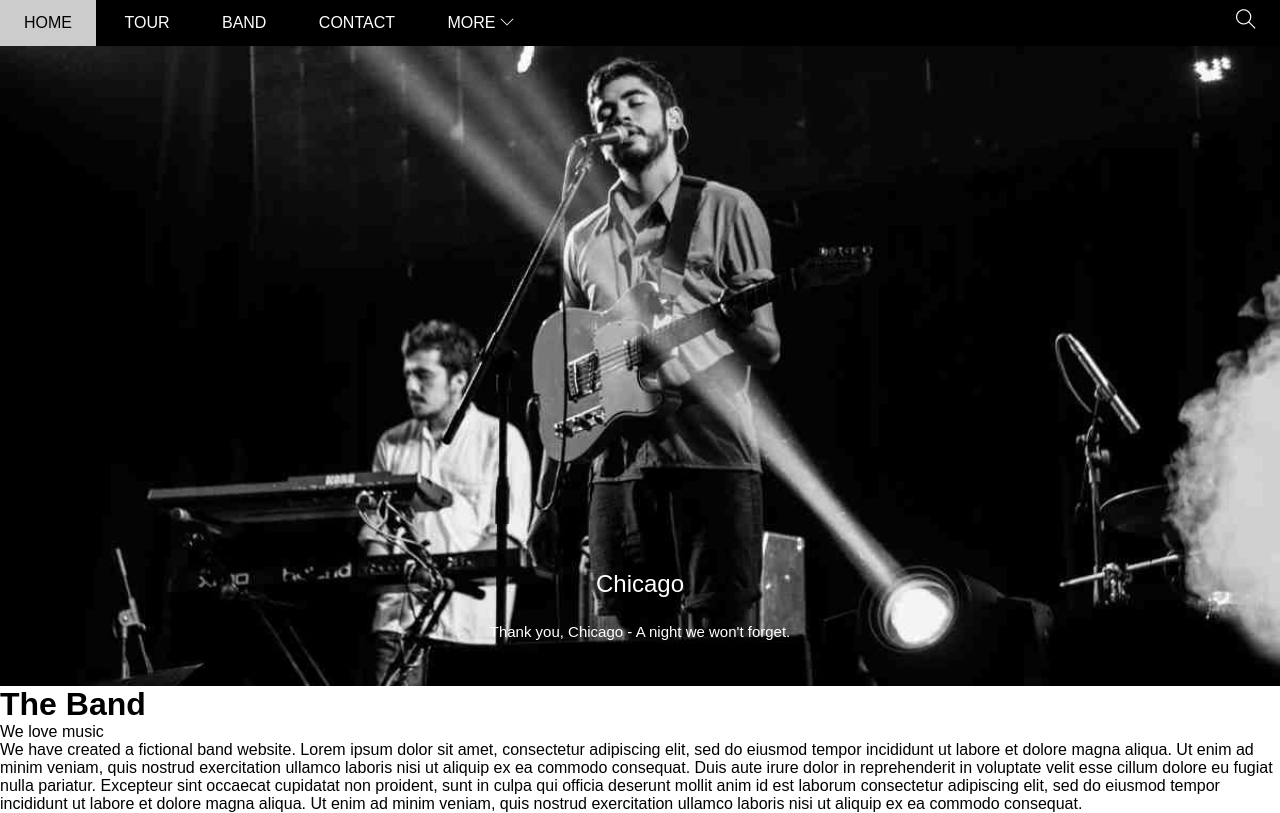
Repository: ducvui2003/LTCB
Page: index.html
An editor plug-in stored every save of this project. The page is shown before and after the next save, followed by the edit.
The browser window is 1280 px wide. The pictures show the whole page.

Above is the page before, as saved 2022-01-07 19:20:17.

### index.html
<!DOCTYPE html>
<html lang="en">

<head>
    <meta charset="UTF-8">
    <meta http-equiv="X-UA-Compatible" content="IE=edge">
    <meta name="viewport" content="width=device-width, initial-scale=1.0">
    <title>The Band W3_School</title>
    <link rel="stylesheet" href="./assest/Css/styles.css">
    <link rel="stylesheet" href="./assest/Fonts/themify-icons-font (1)/themify-icons/themify-icons.css">
</head>

<body>
    <div id="main">
        <!-- Begin: Header -->
        <div id="header">
            <!-- Begin: Nav -->
            <ul id="nav">
                <li>
                    <a href="">Home</a>
                </li>
                <li>
                    <a href="">Tour</a>
                </li>
                <li>
                    <a href="">Band</a>
                </li>
                <li>
                    <a href="">Contact</a>
                </li>
                <li>
                    <a href="">
                      More
                      <!-- icons -->
                      <i class="nav-arrow-down ti-angle-down"></i>
                    </a>
                    <ul class="subnav">
                        <li>
                            <a href="">Merchandise</a>
                        </li>
                        <li>
                            <a href="">Extras</a>
                        </li>
                        <li>
                            <a href="">Media</a>
                        </li>
                    </ul>
                </li>
            </ul>
            <!-- End: Nav -->
            <!-- Begin: Search button -->
            <div class="search-button">
                <i class="search-icon ti-search"></i>
            </div>
            <!-- End: Search button -->
        </div>
        <!-- End: Header -->

        <!-- Begin: Slides -->
        <div id="slides">
            <div class="text-content">
                <h2 class="text-heading">Chicago</h2>
                <div class="text-paragraph">Thank you, Chicago - A night we won't forget.
                </div>
            </div>
        </div>
        <!-- End: Slides -->

        <!-- Begin: Content -->
        <div id="content">
            <div class="content-section">
                <h1 class="section-heading">The Band</h1>
                <p class="section-sub-heading">We love music

                </p>
                <p class="content-text">We have created a fictional band website. Lorem ipsum dolor sit amet, consectetur adipiscing elit, sed do eiusmod tempor incididunt ut labore et dolore magna aliqua. Ut enim ad minim veniam, quis nostrud exercitation ullamco laboris nisi
                    ut aliquip ex ea commodo consequat. Duis aute irure dolor in reprehenderit in voluptate velit esse cillum dolore eu fugiat nulla pariatur. Excepteur sint occaecat cupidatat non proident, sunt in culpa qui officia deserunt mollit anim
                    id est laborum consectetur adipiscing elit, sed do eiusmod tempor incididunt ut labore et dolore magna aliqua. Ut enim ad minim veniam, quis nostrud exercitation ullamco laboris nisi ut aliquip ex ea commodo consequat.</p>
            </div>
        </div>
        <!-- End: Content -->
        <div id="footer"></div>
    </div>
</body>

</html>

### assest/Css/styles.css
* {
    padding: 0;
    margin: 0;
    box-sizing: border-box;
}

html {
    font-family: Arial, Helvetica, sans-serif;
}

#main {}

#header {
    position: fixed;
    top: 0;
    right: 0;
    left: 0;
    /* fixed đang nổi lên nó sẽ nhường vị trí cho div slides tiếp theo */
    height: 46px;
    background-color: black;
    z-index: 1;
    /* dùng để thêm vào thẻ fixed nhằm đẩy block lên trên các block khác theo chiều cao, giá trị là 0, 1,... */
}

#nav {
    display: inline-block;
    /* display để thẻ nav chỉ dài đúng nội dung của nó thôi */
}

#nav,
.subnav {
    list-style: none;
}

#nav>li {
    display: inline-block;
}

#nav li {
    position: relative;
}

#nav>li>a {
    color: white;
    text-transform: uppercase;
    /* chinh chu thuong thanh hoa */
}

#nav li a {
    text-decoration: none;
    line-height: 46px;
    padding: 0 24px;
    display: block;
}

#nav li:hover .subnav {
    display: block;
}

#nav>li:hover>a,
#nav .subnav li:hover a {
    background-color: #ccc;
    color: black;
}

#nav li:hover a {
    /* line-height: 46px; */
}

#nav .subnav {
    display: none;
    position: absolute;
    top: 46px;
    background-color: #fff;
    box-shadow: 0 0 10px rgba(0, 0, 0, 0.3);
}

#nav .subnav li a {
    color: black;
    padding: 0 16px;
    line-height: 38px;
    width: 160px;
}

#nav .nav-arrow-down {
    font-size: 14px;
}

#header .search-button {
    float: right;
    /* thẻ search-button là thẻ div, có tính kế thừa chiều ngang, nên khi float vào sẽ vô hiệu hoá tính kế thừa chiều ngang đó */
    line-height: 46px;
    padding: 0 24px;
}

#header .search-button:hover {
    background-color: #f44336;
    cursor: pointer;
    /* Dùng để thay đổi con trỏ chuột khi di vào */
}

#header .search-icon {
    color: white;
    font-size: 20px;
}

#slides {
    /* min-height: 1000px; */
    /* background-color: pink; */
    margin-top: 46px;
    padding-top: 50%;
    /* 50% chieu ngang cua chinh the do */
    background: url('/assest/Img/Slide1.jpg') top center / cover no-repeat;
    /* shorthand */
    position: relative;
}

#slides .text-content {
    position: absolute;
    bottom: 46px;
    left: 50%;
    /* Cách lề trái 50% chiều ngang */
    transform: translateX(-50%);
    /* Dùng để lùi thẻ theo trục X 50% chiều dài -> Mục đích kết hợp vs transform để căn giữa block */
    color: white;
    text-align: center;
    /* Dùng để căn giữa content, ko dùng để căn block */
    /* cách 2: Thêm width: 100% */
    /* /* cách 3 left: 0 right: 0; */
}

#slides .text-heading {
    font-weight: 500;
    /* dùng để điều chỉnh lại độ dày của chữ, giá trị từ 100-1000  */
    font-size: 24px;
    margin-bottom: 25px;
}

#slides .text-paragraph {
    font-size: 15px;
}

#content {}

#content .section-content {
    width: 800px;
}

#footer {}

Loaded but not shown: assest/Fonts/themify-icons-font (1)/themify-icons/themify-icons.css (common file)

After the next save:
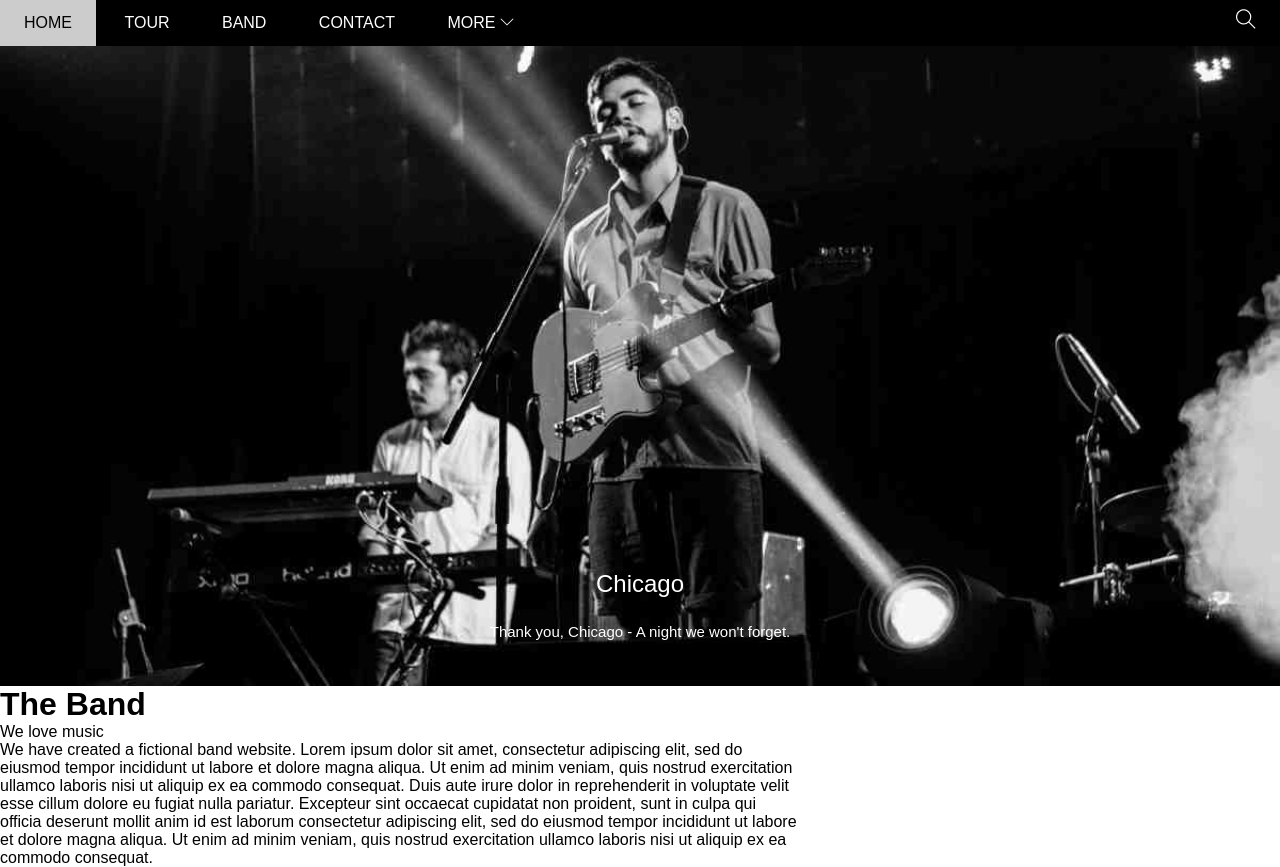
Saved 27 s later.
--- a/assest/Css/styles.css
+++ b/assest/Css/styles.css
@@ -142,7 +142,7 @@
 
 #content {}
 
-#content .section-content {
+#content .content-section {
     width: 800px;
 }
 
